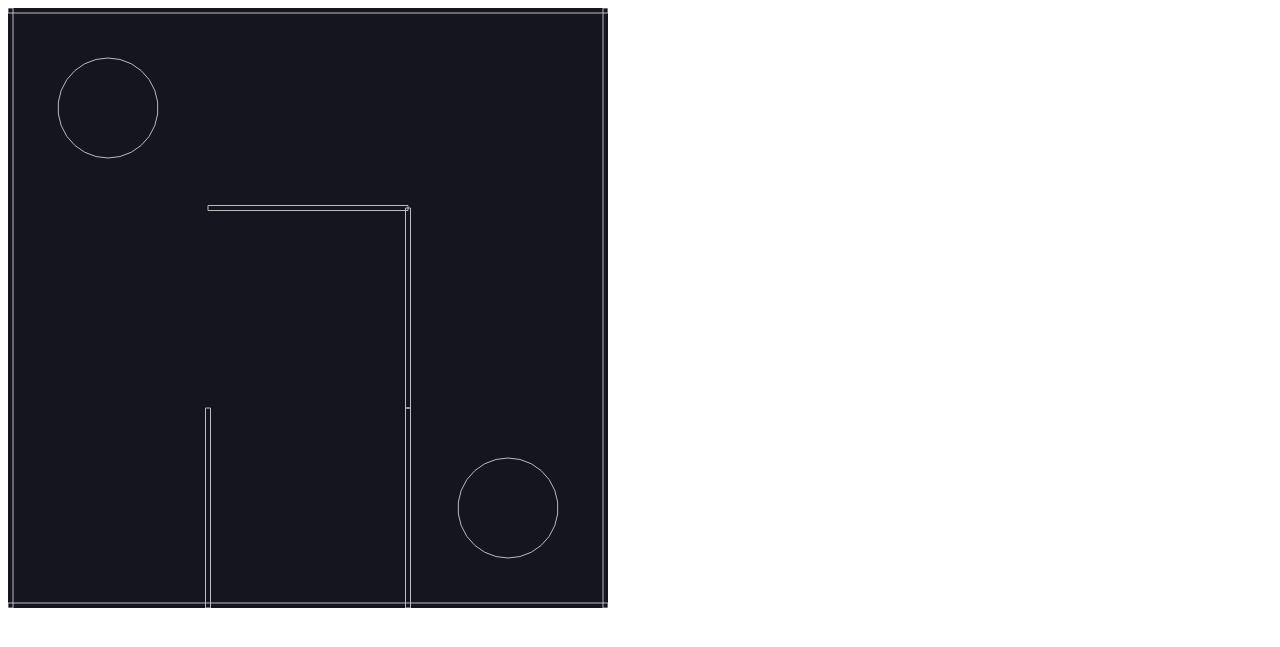
Repository: Sbethm/maze-runner
Page: index.html
An editor plug-in stored every save of this project. The page is shown before and after the next save, followed by the edit.
The browser window is 1280 px wide. The pictures show the whole page.
Some web libraries are served in a nearby version.

Above is the page before, as saved 2021-10-08 08:40:18.

### index.html
<!DOCTYPE html>
<html lang="en">
<head>
    <meta charset="UTF-8">
    <meta http-equiv="X-UA-Compatible" content="IE=edge">
    <meta name="viewport" content="width=device-width, initial-scale=1.0">
    <script src="https://cdnjs.cloudflare.com/ajax/libs/matter-js/0.17.1/matter.min.js"></script>
    <title>Maze Runner</title>
</head>
<body>

    <script src="app.js"></script>
</body>
</html>

### app.js

// //====== Building Canvas
// const { Engine, World, Runner, Render, Bodies, MouseConstraint, Mouse} = Matter;

// const width = 800;
// const height = 600;

// const engine = Engine.create();
// const {world} = engine;
// const render = Render.create({
//     element: document.body,
//     engine: engine,
//     options: {
//         // wireframes: false,
//         width,
//         height
//     }
// });
// Render.run(render);
// Runner.run(Runner.create(), engine);

// World.add(world, MouseConstraint.create(engine, {
//     mouse: Mouse.create(render.canvas)
// }));

// //====== Random Shapes in Canvas
// for(let i = 0; i < 20; i++) {
//     if(Math.random() > 0.5) {
//         World.add(world, Bodies.rectangle(Math.random() * width, Math.random() * height, 50, 50));
//     } else {
//         World.add(world, Bodies.circle(Math.random() * width, Math.random() * height, 30, {
//             render: {
//                 fillStyle: 'yellow'
//             }
//         }));
//     }
// }

// //====== Walls of Canvas
// const walls = [
//     Bodies.rectangle(400, 0, 800, 50, {isStatic: true}),
//     Bodies.rectangle(800, 300, 50, 600, {isStatic: true}),
//     Bodies.rectangle(400, 600, 800, 50, {isStatic: true}),
//     Bodies.rectangle(0, 300, 50, 600, {isStatic: true})
// ];

// World.add(world, walls);



//====== Building Canvas
const { Engine, World, Runner, Render, Bodies, Body, Events} = Matter;

//====== Config Variables
const cells = 3;
const width = 600;
const height = 600;
const wallsThickness = 5;
const boarderThickness = 10;
const unitLength = width / cells;
const goalRadius = unitLength / 4;

const engine = Engine.create();
    //Turn off gravity
    engine.world.gravity.y = 0;
const {world} = engine;
const render = Render.create({
    element: document.body,
    engine: engine,
    options: {
        //wireframes: false,
        width,
        height
    }
});
Render.run(render);
Runner.run(Runner.create(), engine);

//====== Walls of Canvas
const walls = [
    Bodies.rectangle(width / 2, 0, width, boarderThickness, {isStatic: true}),
    Bodies.rectangle(width, height / 2, boarderThickness, height, {isStatic: true}),
    Bodies.rectangle(width / 2, height, width, boarderThickness, {isStatic: true}),
    Bodies.rectangle(0, height / 2, boarderThickness, height, {isStatic: true})
];

World.add(world, walls);

//====== Maze Generation
const shuffle = (arr) => {
    let counter = arr.length;

    while(counter > 0) {
        const index = Math.floor(Math.random() * counter);
        counter--;
        const temp = arr[counter];
        arr[counter] = arr[index];
        arr[index] = temp;
    }

    return arr;
}

const grid = Array(cells).fill(null).map(()=> Array(cells).fill(false));
const verticals = Array(cells).fill(null).map(()=> Array(cells - 1).fill(false));
const horizontals = Array(cells - 1).fill(null).map(()=> Array(cells).fill(false));

startRow = Math.floor(Math.random() * cells);
startColumn  = Math.floor(Math.random() * cells);

const iteratingMazeWalls = (row, column) => {
    //If have visited cell before, return
    if(grid[row][column]) {
        return;
    }
    //Mark cell as true for having visited
    grid[row][column] = true;
    //Assembly random list of neighboring cells
    const neighbors = shuffle([
        [row - 1, column, 'up'],
        [row, column + 1, 'right'],
        [row, column - 1, 'left'],
        [row + 1, column, 'down']
    ]);

    //For each neighbor...
    for(neighbor of neighbors) {
        const [nextRow, nextColumn, direction] = neighbor;
    //See if that neighbor is out of bounds
        if(nextRow < 0 || nextRow >= cells || nextColumn < 0 || nextColumn >= cells) {
            continue;
        }
    //if we have visited that neighbor, continue to next neighbor
        if(grid[nextRow][nextColumn]) {
            continue;
        }
    //remove wall from either horizontals or verticals
        if(direction === 'right') {
            verticals[row][column] = true;
        } else if (direction === 'left') {
            verticals[row][column - 1] = true;
        } else if (direction === 'up') {
            horizontals[row - 1][column] = true;
        } else {
            horizontals[row][column] = true;
        }
        iteratingMazeWalls(nextRow, nextColumn);
    }

}

iteratingMazeWalls(startRow, startColumn);

console.log(grid);
console.log(verticals);
console.log(horizontals);


// for(horizontal of horizontals) {
//     horizontal.forEach(() => {
//         if(false) {

//         }
//     })
// }

horizontals.forEach((row, rowIndex) => {
    row.forEach((open, colIndex) => {
        if (open){
            return;
        }

        const wall = Bodies.rectangle(colIndex * unitLength + unitLength / 2, rowIndex * unitLength + unitLength, unitLength, wallsThickness, {isStatic: true});
        World.add(world, wall);
    });
});

verticals.forEach((row, rowIndex) => {
    row.forEach((open, colIndex) => {
        if (open){
            return;
        }

        const wall = Bodies.rectangle(colIndex * unitLength + unitLength, rowIndex * unitLength + unitLength / 2, wallsThickness, unitLength, {isStatic: true});
        World.add(world, wall);
    });
});

//====== Goal & Player Piece
const goal =Bodies.circle(width - unitLength / 2, height - unitLength / 2, goalRadius,
    {
        label: 'goal',
        isStatic: true
    });
const playerPiece =Bodies.circle(unitLength / 2, unitLength / 2, goalRadius,
    {
        label: 'player'
    });

World.add(world, goal);
World.add(world, playerPiece);

//====== Player Controls
document.addEventListener('keydown', event => {
    const { x, y } = playerPiece.velocity;
    if(event.keyCode === 87) {
        Body.setVelocity(playerPiece, { x, y: y - 5 });
    }
    if(event.keyCode === 68) {
        Body.setVelocity(playerPiece, { x: x + 5, y });
    }
    if(event.keyCode === 83) {
        Body.setVelocity(playerPiece, { x, y: y + 5 });
    }
    if(event.keyCode === 65) {
        Body.setVelocity(playerPiece, { x: x - 5, y });
    }
})

//====== Win Condition
Events.on(engine, 'collisionStart', event => {
    event.pairs.forEach((collision) => {
        const label = ['goal', 'player'];
        if( label.includes(collision.bodyA.label) && collision.bodyB.label === 'player') {
            alert('Winner!');

        }
    });
});

//======

After the next save:
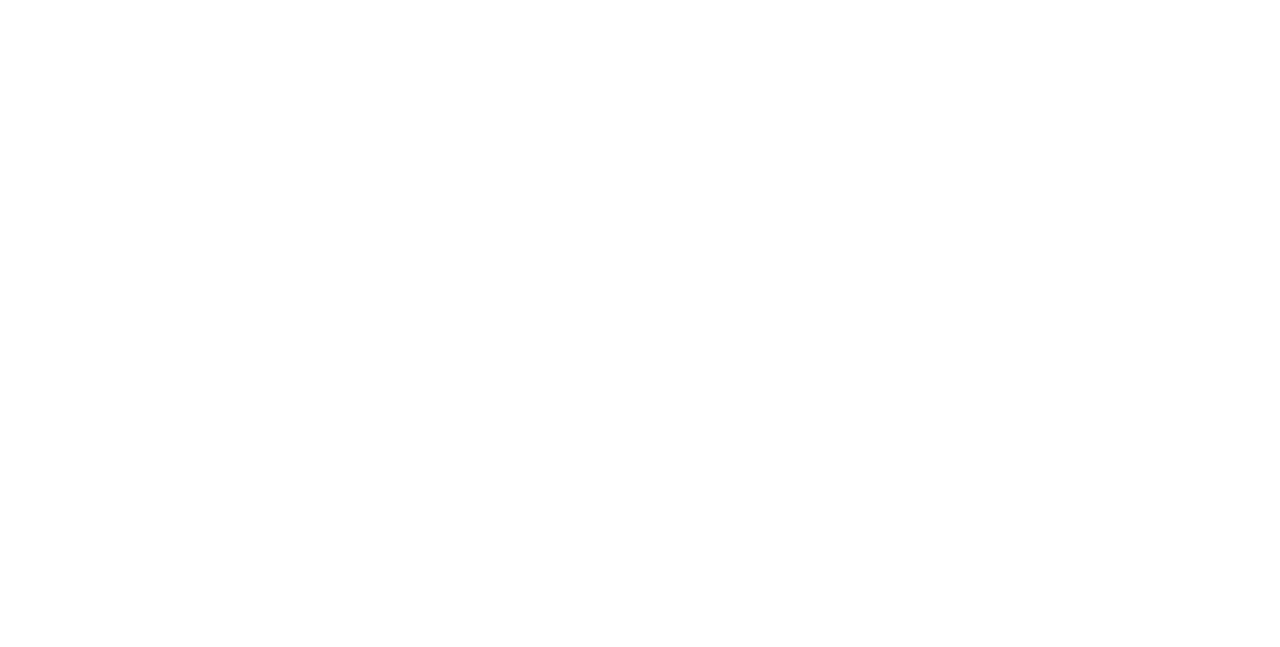
Console error: SyntaxError: Unexpected token '{'
Saved 6 s later.
--- a/app.js
+++ b/app.js
@@ -221,7 +221,7 @@
 Events.on(engine, 'collisionStart', event => {
     event.pairs.forEach((collision) => {
         const label = ['goal', 'player'];
-        if( label.includes(collision.bodyA.label) && collision.bodyB.label === 'player') {
+        if( label.includes(collision.bodyA.label) && label.includes(collision.bodyB.label === 'player') {
             alert('Winner!');
 
         }

After the 2 saves that followed:
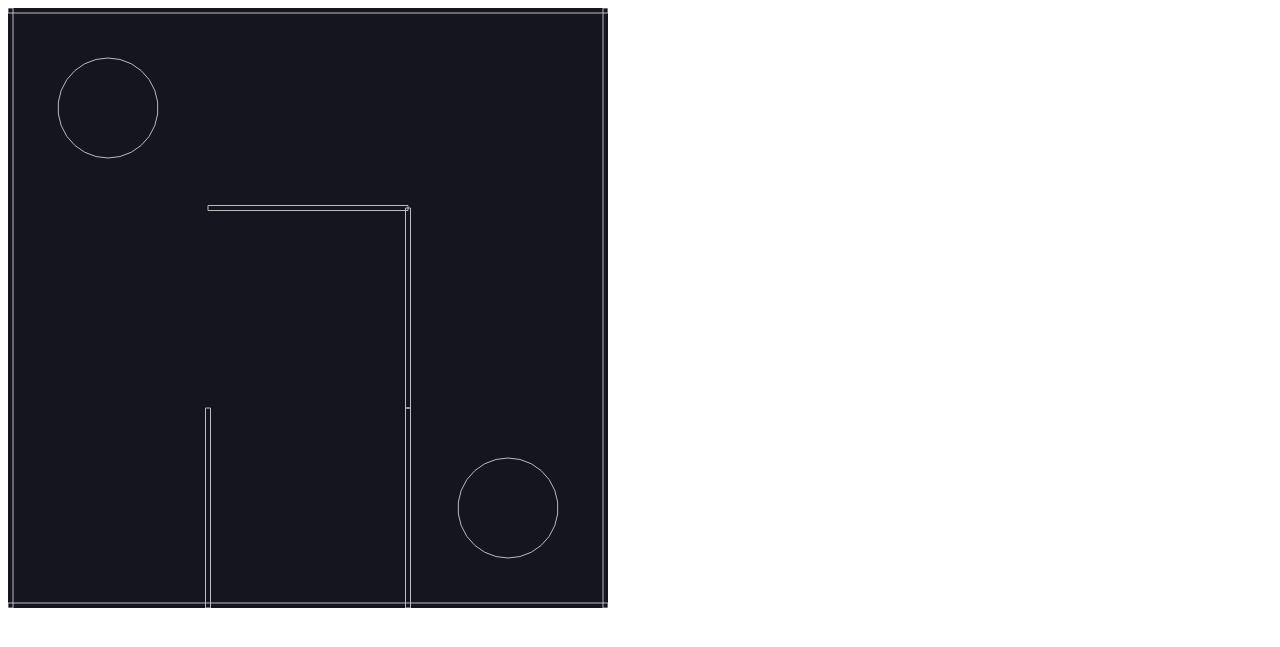
The error is gone.
The 2 saves are shown as one change because 1 left the picture as it was.
The last was saved 13 s later.
--- a/app.js
+++ b/app.js
@@ -221,7 +221,7 @@
 Events.on(engine, 'collisionStart', event => {
     event.pairs.forEach((collision) => {
         const label = ['goal', 'player'];
-        if( label.includes(collision.bodyA.label) && label.includes(collision.bodyB.label === 'player') {
+        if( label.includes(collision.bodyA.label) && label.includes(collision.bodyB.label)) {
             alert('Winner!');
 
         }
